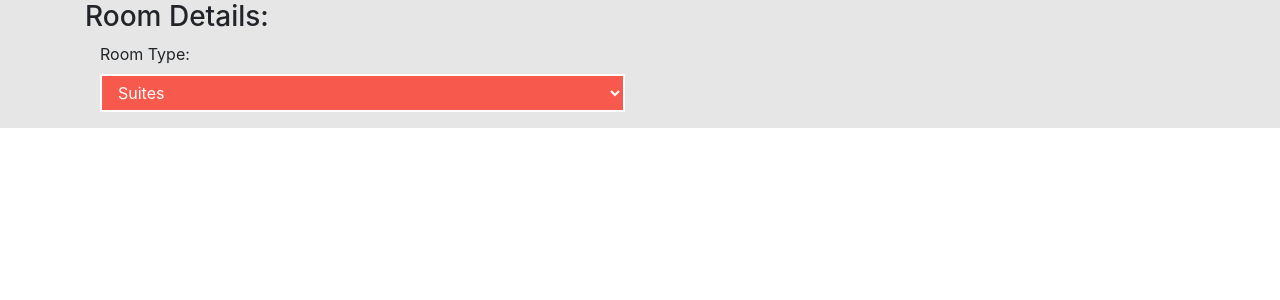
Repository: kapsky5/HotelManagement
Page: booking.html
An editor plug-in stored every save of this project. The page is shown before and after a run of saves, followed by the edit.
The browser window is 1280 px wide. The pictures show the whole page.

Above is the page before, as saved 2019-11-07 03:28:59.

### booking.html
<!DOCTYPE html>
<html lang="en">
<head>
    <meta charset="UTF-8">
    <meta name="viewport" content="width=device-width, initial-scale=1.0">
    <meta http-equiv="X-UA-Compatible" content="ie=edge">
    <title>RADISSON BLU</title>
    <link rel="stylesheet" href="css/main.css">
    <link rel="stylesheet" href="https://maxcdn.bootstrapcdn.com/bootstrap/4.0.0/css/bootstrap.min.css" integrity="sha384-Gn5384xqQ1aoWXA+058RXPxPg6fy4IWvTNh0E263XmFcJlSAwiGgFAW/dAiS6JXm" crossorigin="anonymous">
</head>
<body>
    <div class="containerz">
        <div class="container">
            <h3>Room Details:</h3>
            <form action="" method="POST">
                <div class="row">
                    <div class="col-md-6">
                        <div class="form-group">
                                <label>Room Type:</label>
                            <select class="form-control" placeholder="Select-Room">
                                <option>Suites</option>
                                <option>Deluxe Rooms</option>
                                <option>King Rooms</option>
                                <option>Single</option>
                            </select>
                        </div>
                    </div>
                </div>
            </form>
        </div>
    </div>
</body>
</html>

### css/main.css
.fixed-top{
    position: absolute !important;
}
.carousel-item{
    height: 100vh;
    min-height: 300px;
    background: no-repeat center center scroll;
    -webkit-baackground-size: cover;
    background-size: cover;
    position: absolute;
}
.carousel-caption {
    top: 40% !important;
}
.carousel-caption h5{
    color: #ffffff;
    text-transform: uppercase;
    font-size: 35px;
    letter-spacing: 2px;
    margin-top:25px;
}
.navbar-light .nav-link{
    text-transform: uppercase;
    color: #ffffff !important;
    font-size: 15px;
    margin-left: 20px;
}
.navbar-light .navbar-brand{
    color: #ffffff !important;
    font-size: 30px;
    letter-spacing: 1px;
}
.nav-link:active, .nav-link:hover {
    color: #F75A4C !important;
}
.carousel-caption .btn {
    margin: 40px 20px;
    padding: 15px 30px;
    border-radius: 40px;
    background: #F75A4C;
    border: none;
    text-transform: uppercase;
    font-size: 18px;
}
.carousel-caption .btn:hover{
    background: #454244;
}
.fac{
    margin: 0 auto;
    font-size: 25px;
    letter-spacing: 1px;
}
.tabx h6{
    font-weight: 600 !important;
}
.nav-item.nav-link{
    color: rgb(192, 192, 192);
}
.nav-item.nav-link.active{
    color: #F75A4C !important;
    background-color: #ffffff !important;
}
#tabs .nav > a{
    border-radius: 0px;
    padding: 40px 1rem;
    border-bottom: 1px solid rgb(192, 192, 192);
}
#tabs .nav > a.active{
    border-bottom: 1px solid #F75A4C;
}
.containerx{
    padding: 40px;
}
.containerx p{
    font-size: 18px;
    line-height: 1.8;
    color: #848484;
}
.tabImg{
    max-width: 100%;
    height: 550px;
}
.heading{
    color: #F75A4C;
    text-transform: uppercase;
    margin-bottom: 20px;
}
.sub-heading{
    margin-top: 20px;
    font-size: 16px;
    color: rgb(192, 192, 192);
}
.foot{
    margin-top: 50px;
    background-color: #E6E6E6;
}
.rowinfoot{
    padding: 30px 0px;
}
.foo-head{
    font-size: 20px;
    color: #F75A4C;
    margin: 20px 0;
}
.foo-text{
    font-size: 16px;
    line-height: 1.5;
}
.foo-text li a{
    color: black;
    text-decoration: none;
}
.copyright {
    color: white;
    background: #554f53;
    justify-content: center;
}
.copyright p{
    margin-bottom: 0;
}
.image{
    width: 100%;
    height: 50vh;
}
.containerz{
    background-color: #E6E6E6;
}
.heading1{
    text-transform: uppercase;
    font-size: 24px;
    letter-spacing: 1px;
}
.room-img{
    width: 100%;
    height: 415px;
}
.card{
    border-radius: 0px !important;
}
.card-body{
    padding: 0px !important;
}
.head-room{
    color: #F75A4C;
    font-size: 22px;
    text-transform: uppercase;
    letter-spacing: 1px;
}
.card-body.row.col-md-5, .card-body.row.col-md-7, .card-body.row.col-md-6, .card-body.row.col-md-3{
    padding: 0px !important;
}

.containerz .imgx, .containerz .imgx{
    padding: 0px !important;
}
.dpt, .dpts{
    padding: 40px 50px !important;
}
.dpt p{
    font-size: 18px;
    line-height: 1.8;
    color: #848484;
}
.dpts p{
    font-size: 16px;
    line-height: 1.5;
    color: #848484;
}
.row{
    margin: 0px !important;
}
.card .btn{
    padding: 10px 30px;
    border-radius: 0px;
    background: #F75A4C;
    border: none;
    text-transform: uppercase;
    font-size: 18px;
}
.avail{
    color: white;
    margin-top: 40px !important;
    background-color: #F75A4C;
    padding: auto auto;
}
.form-control{
    background-color: #F75A4C !important;
    color: white !important;
    border-radius: 0 !important;
    border: 2px solid white !important;
}
input[type=date]::-webkit-inner-spin-button {
    -webkit-appearance: none;
    display: none;
}
.result .btn{
    margin: 10px 20px;
    padding: 15px 30px;
    border-radius: 40px;
    background: #F75A4C;
    border: none;
    text-transform: uppercase;
    font-size: 18px;
}

After the next 2 saves:
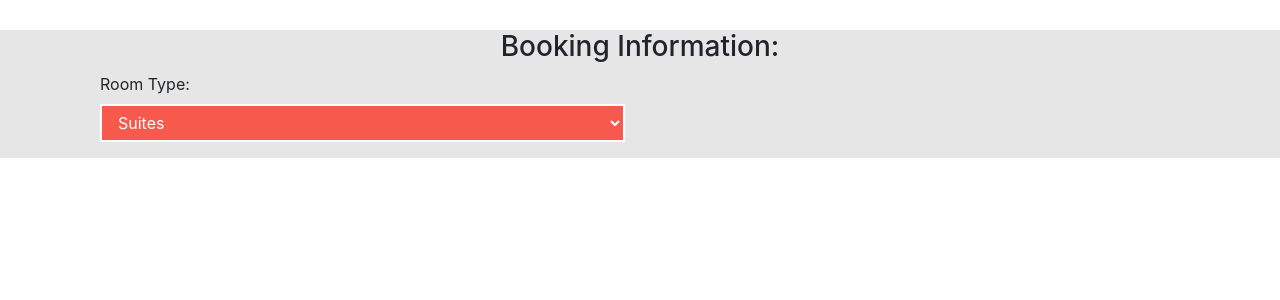
The 2 saves are shown as one change because they came seconds apart.
The last was saved 2 min 30 s later.
--- a/booking.html
+++ b/booking.html
@@ -11,7 +11,11 @@
 <body>
     <div class="containerz">
         <div class="container">
-            <h3>Room Details:</h3>
+            <div class="header" style="margin-top: 30px;">
+                <div class="text-center">
+                    <h3>Booking Information:</h3>
+                </div>
+            </div>
             <form action="" method="POST">
                 <div class="row">
                     <div class="col-md-6">
